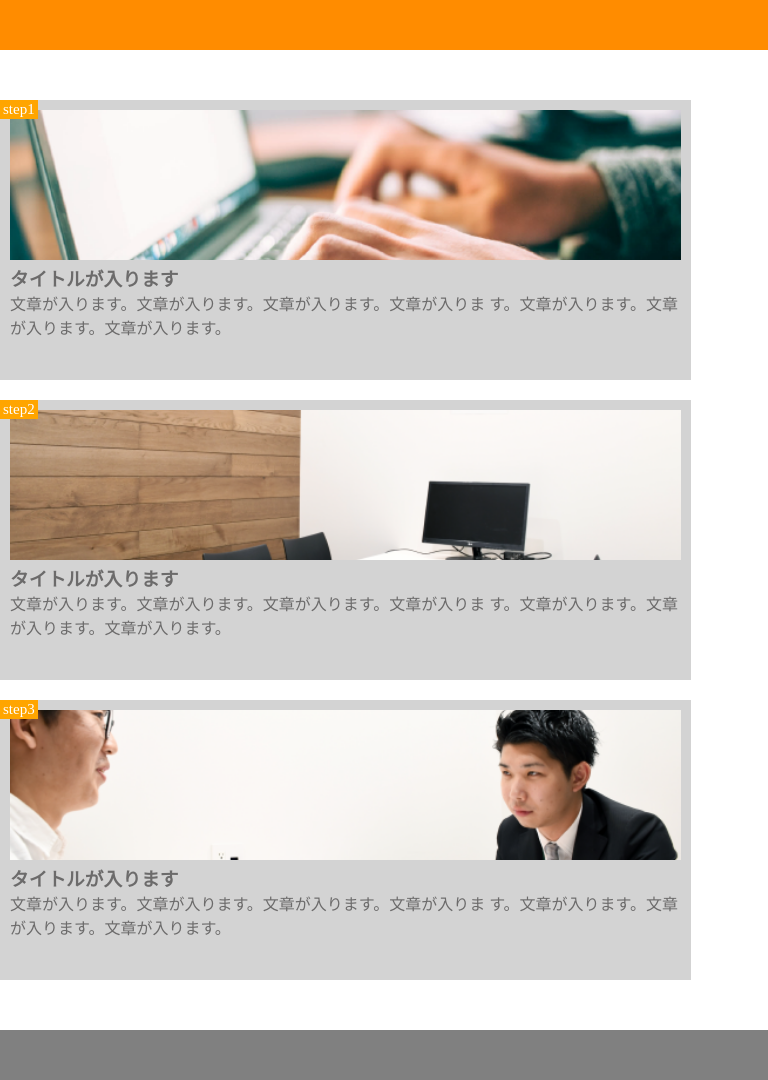
Repository: 220416/kadai1
Page: html/responsive.html
The author's editor kept a record of every edit. The page is drawn from the files as they stood at one moment, then again after the next edit.
The browser window is 768 px wide. The pictures show the whole page.

Above is the page before.

After the next edit:
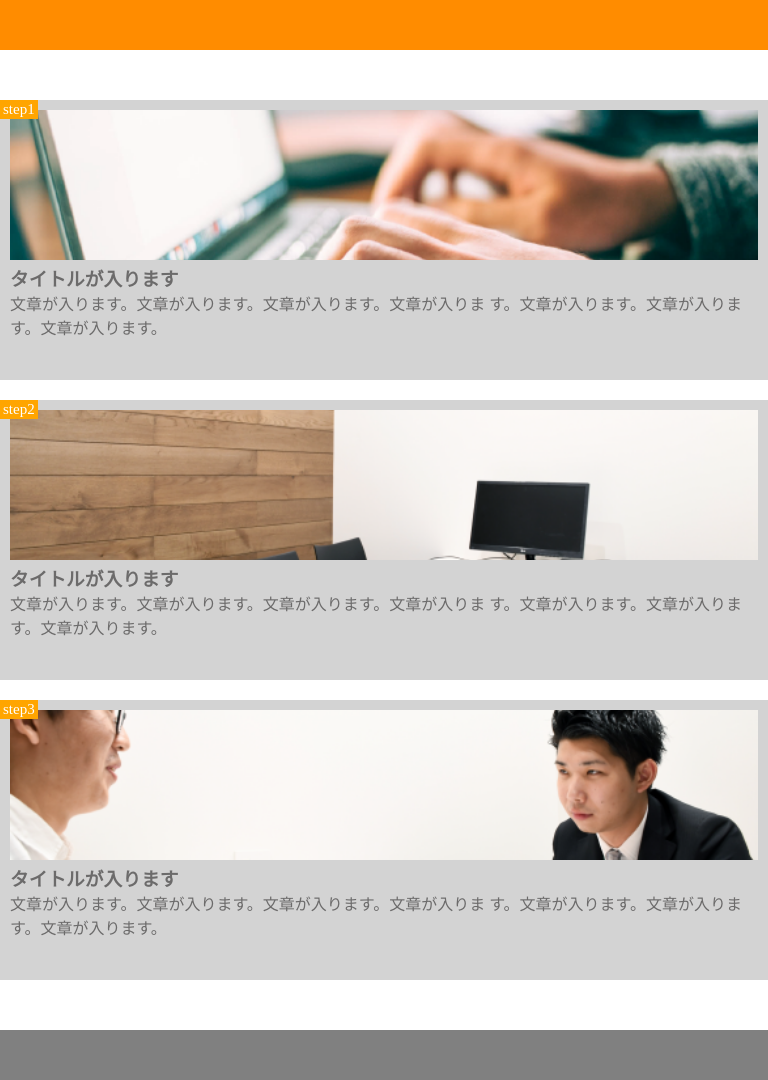
The edit:
--- a/html/responsive.css
+++ b/html/responsive.css
@@ -73,7 +73,8 @@
          width: 100%;
      }
   main{
-    width: 90%;
+    justify-content:center;
+    width: 100%;
     margin: auto;
   }
 

After the 2 edits that followed:
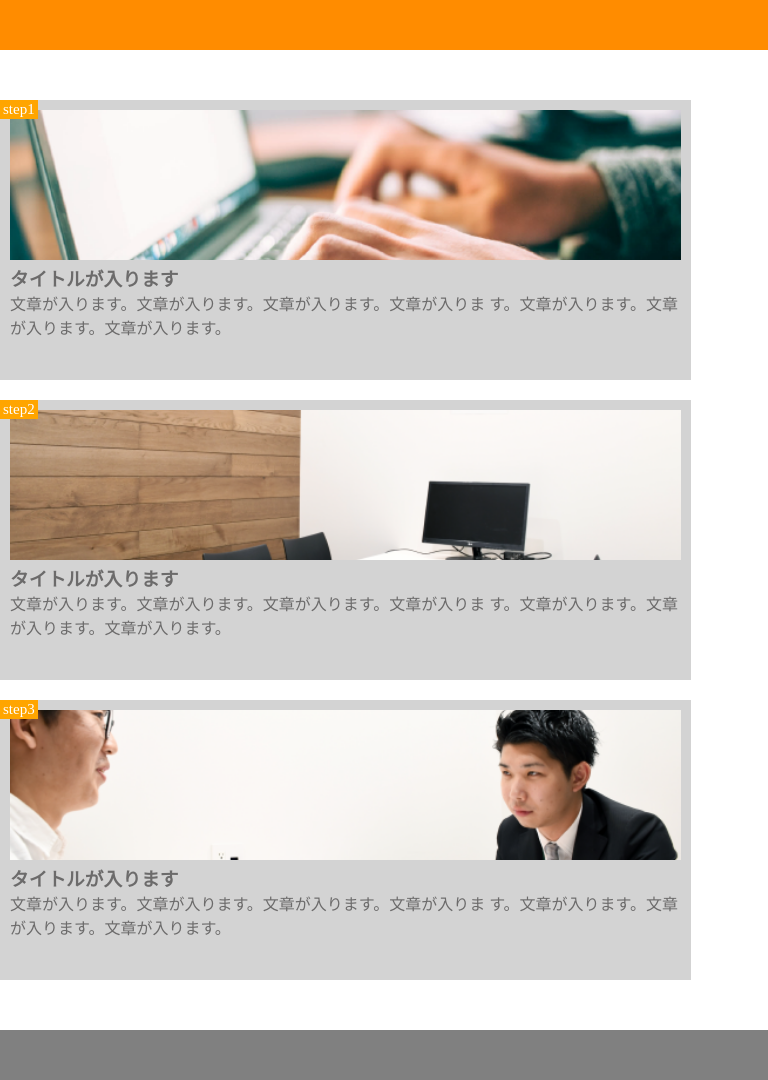
The 2 edits are shown as one change because 1 left the picture as it was.
The edit:
--- a/html/responsive.css
+++ b/html/responsive.css
@@ -78,8 +78,10 @@
     margin: auto;
   }
 
+
+
   .main-visual{
-    display: block;
+    width:90%;
     padding-bottom:20px ;
   }
 }
